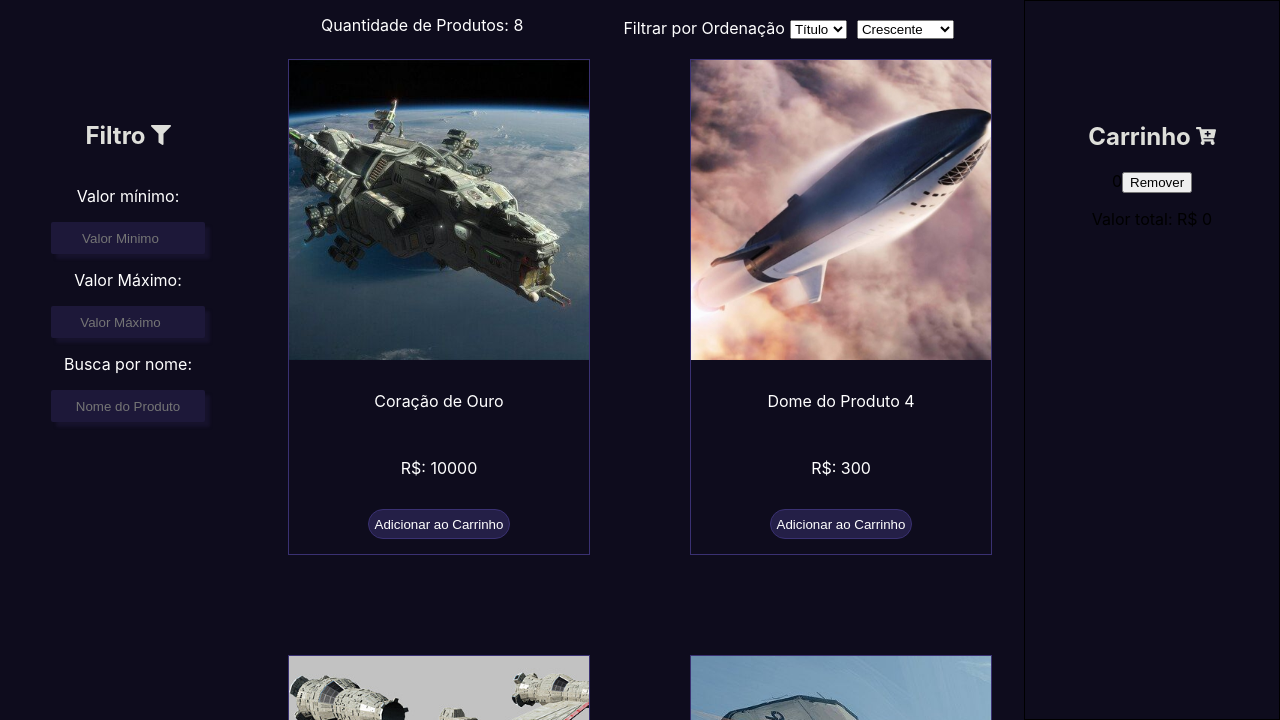
Repository: future4code/Shaw-labe-commerce9
Page: /
An editor plug-in stored every save of this project. The page is shown before and after the next save, followed by the edit.
The browser window is 1280 px wide. The pictures show the whole page.
An inner scrolling area shows only its first screen. The project was rebuilt for these pictures with package versions that can differ from the ones it lists, and the page was loaded fresh each time. Also part of the build but not shown: src/App.css.

Above is the page before, as saved 2022-04-03 12:14:32.

After the next save:
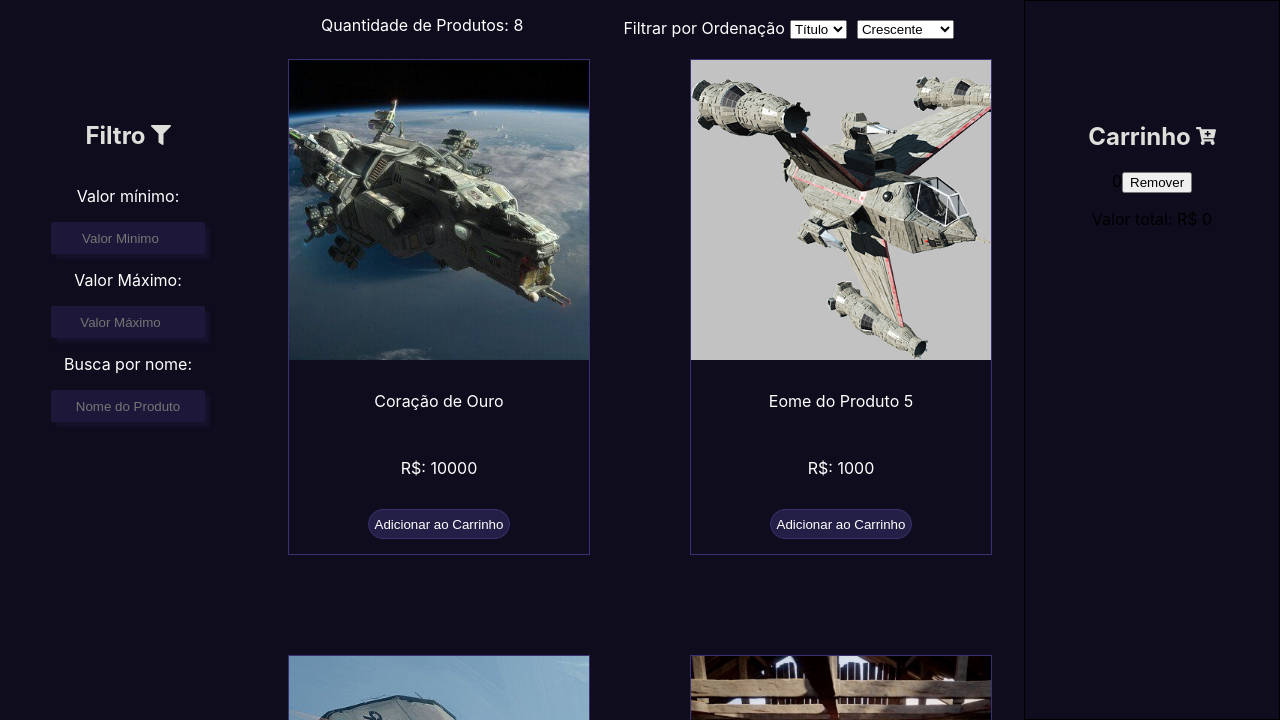
Saved 14 s later.
--- a/src/App.js
+++ b/src/App.js
@@ -49,7 +49,7 @@ class App extends React.Component {
       },
       {
         id: 4,
-        name: "Dome do Produto 4",
+        name: "Galactica",
         value: 300.0, //valor do produto
         imagem: nave4,
       },
